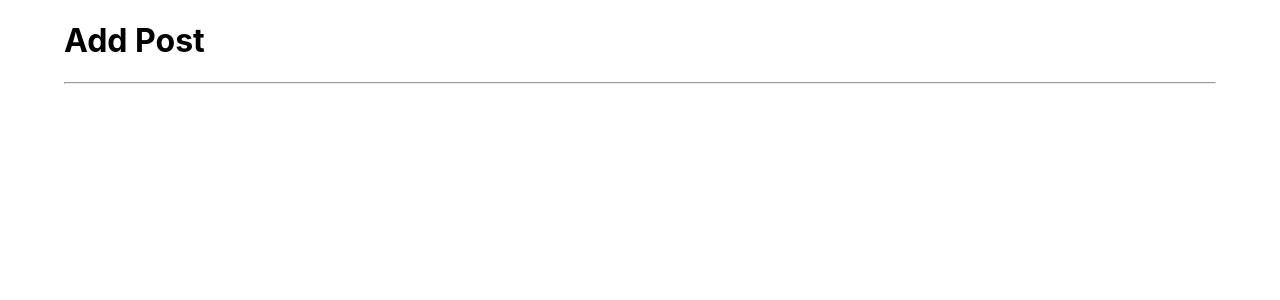
Repository: akinsikuoluwafemi/Red
Page: /
These files come from the project's save history. The page is drawn as it stood at one moment and after the next save; the edit follows.
The browser window is 1280 px wide. The pictures show the whole page.
The page's requests for data from a server got no answer. The project was rebuilt for these pictures with package versions that can differ from the ones it lists, and the page was loaded fresh each time. No one was signed in, and anything a server would have sent is missing.

Above is the page before, as saved 2021-01-18 09:03:01.

After the next save:
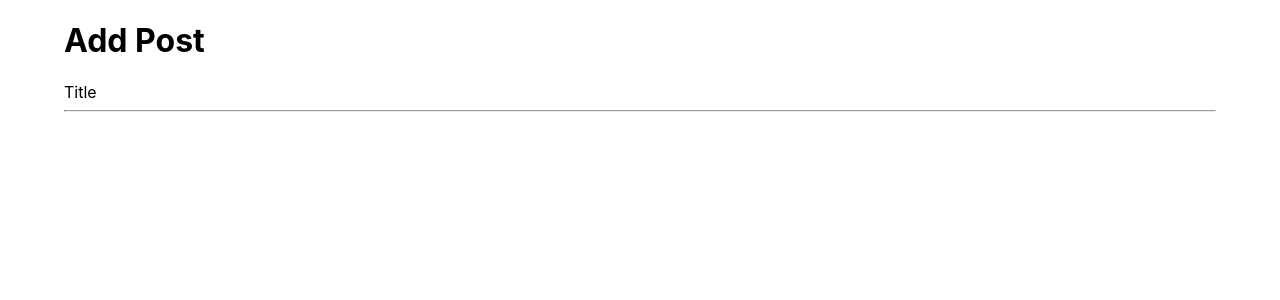
Saved 6 s later.
--- a/src/components/PostForm.js
+++ b/src/components/PostForm.js
@@ -11,7 +11,7 @@ import React, { Component } from 'react'
                 <h1>Add Post</h1>
                 <form>
                     <div>
-                        <label></label>
+                        <label>Title</label>
                     </div>
                 </form>
             </div>
